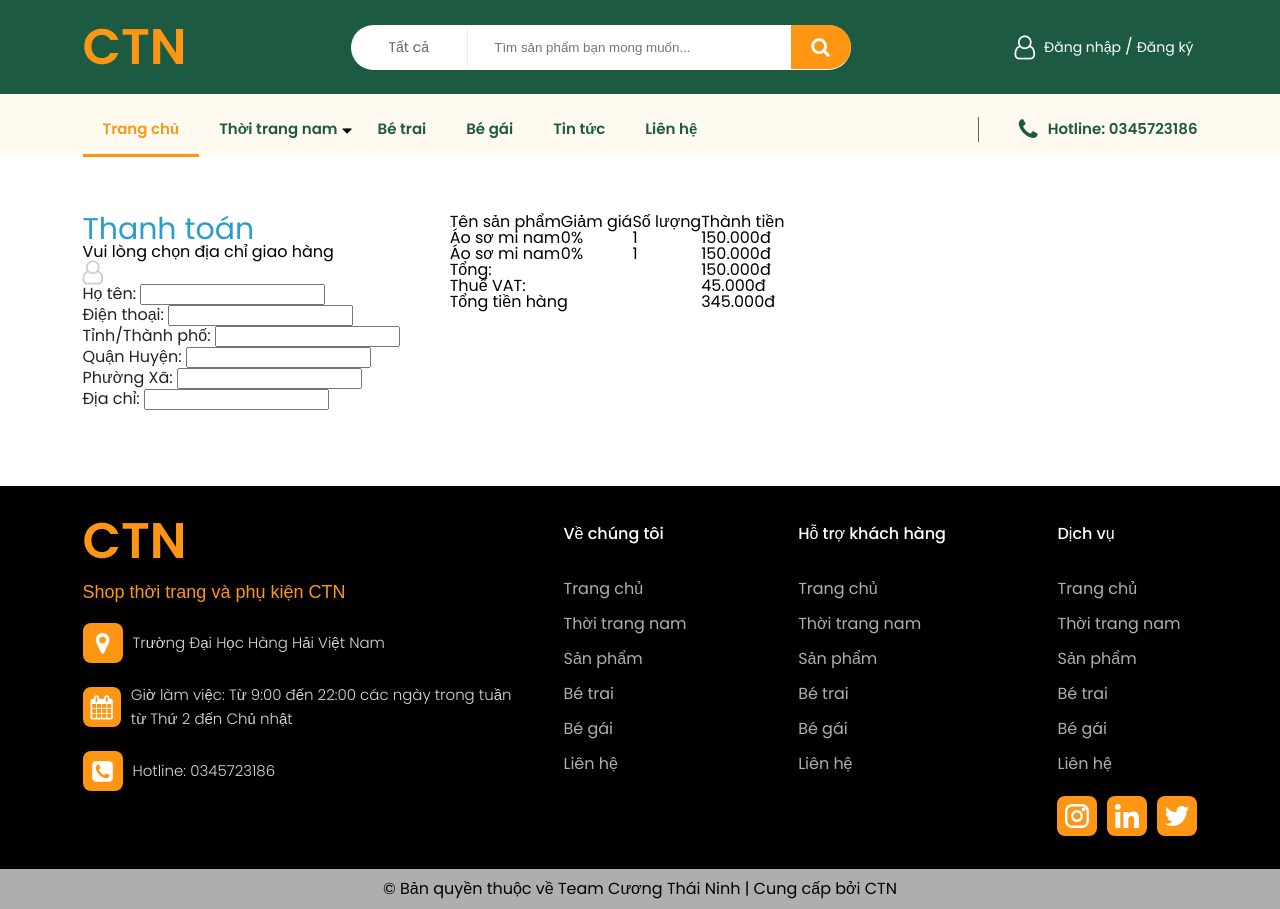
Repository: cuongchua2k2/BaiTapLon-web
Page: deliver.html
The author's editor kept a copy of each file at every save. The page is drawn from the files as they stood at one save, then again after the next save.
The browser window is 1280 px wide. The pictures show the whole page.

Above is the page before, as saved 2023-12-23 14:20:14.
Console error: TypeError: Cannot read properties of null (reading 'style')

After the next save:
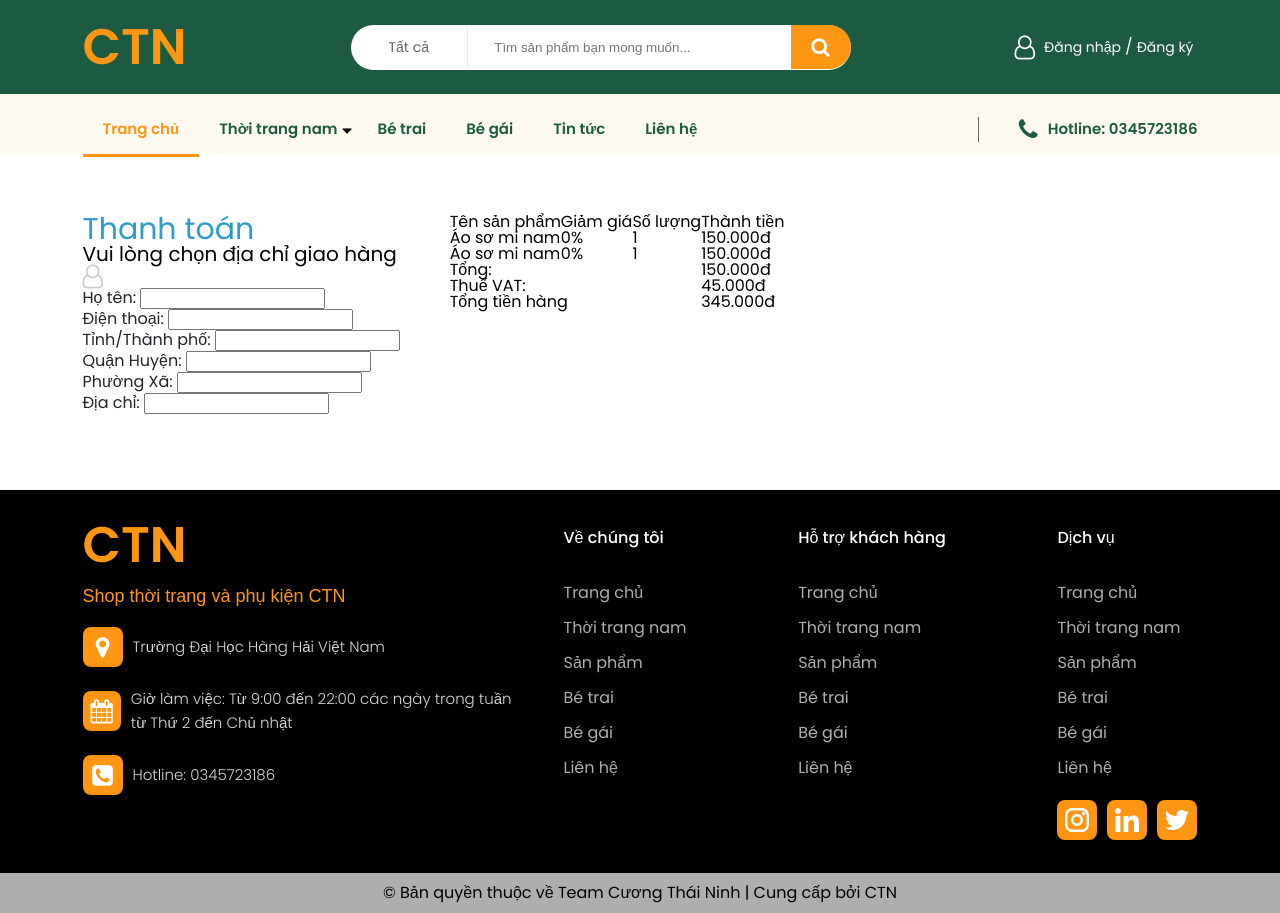
Saved 38 s later.
--- a/assets/css/style.css
+++ b/assets/css/style.css
@@ -817,3 +817,7 @@ label {
   color: #2a9dcc;
   font-size: 3rem;
 }
+
+.delivery__desc {
+  font-size: 2rem;
+}

After the save that followed:
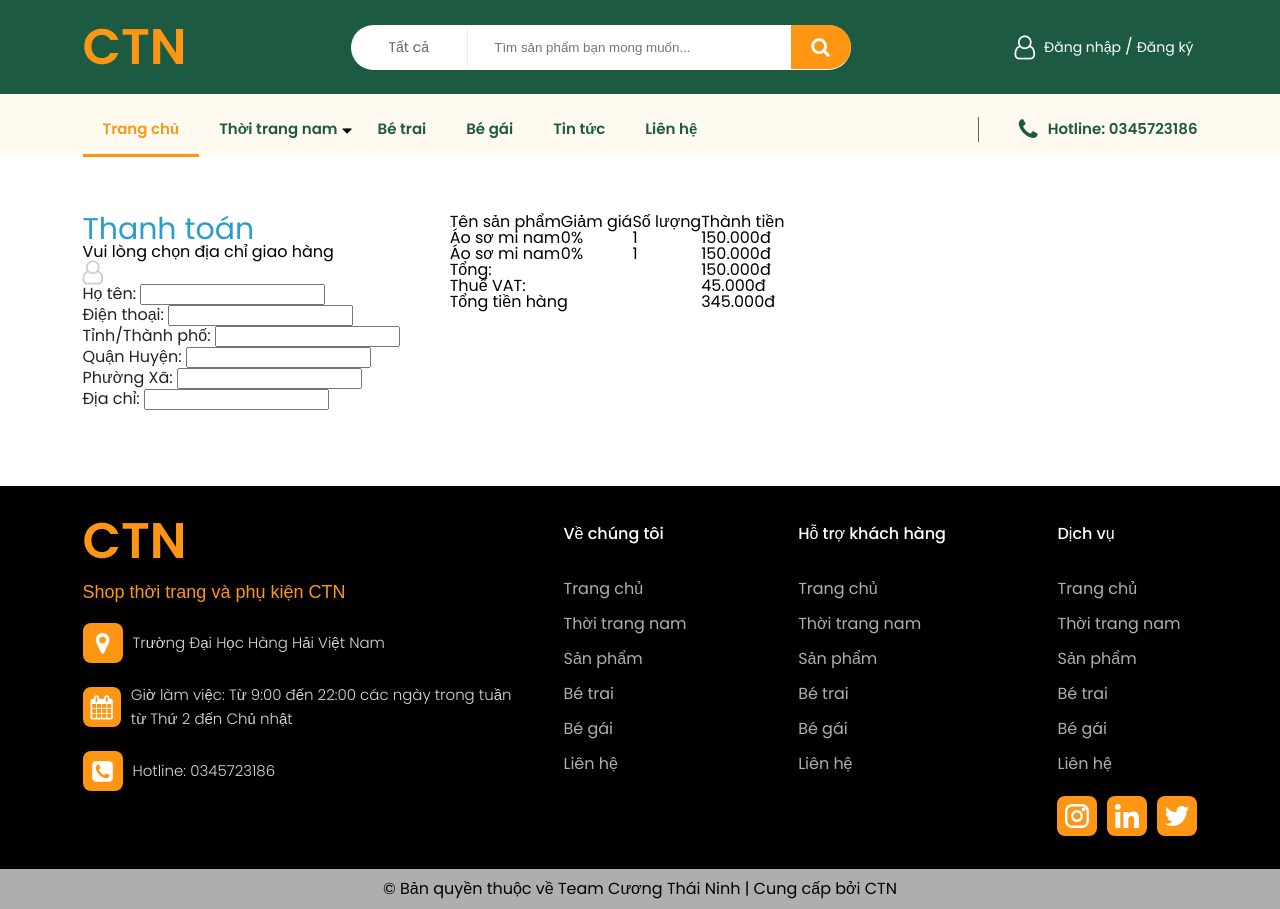
Saved 5 s later.
--- a/assets/css/style.css
+++ b/assets/css/style.css
@@ -819,5 +819,5 @@ label {
 }
 
 .delivery__desc {
-  font-size: 2rem;
-}
+  font-size: 1.6rem;
+}
